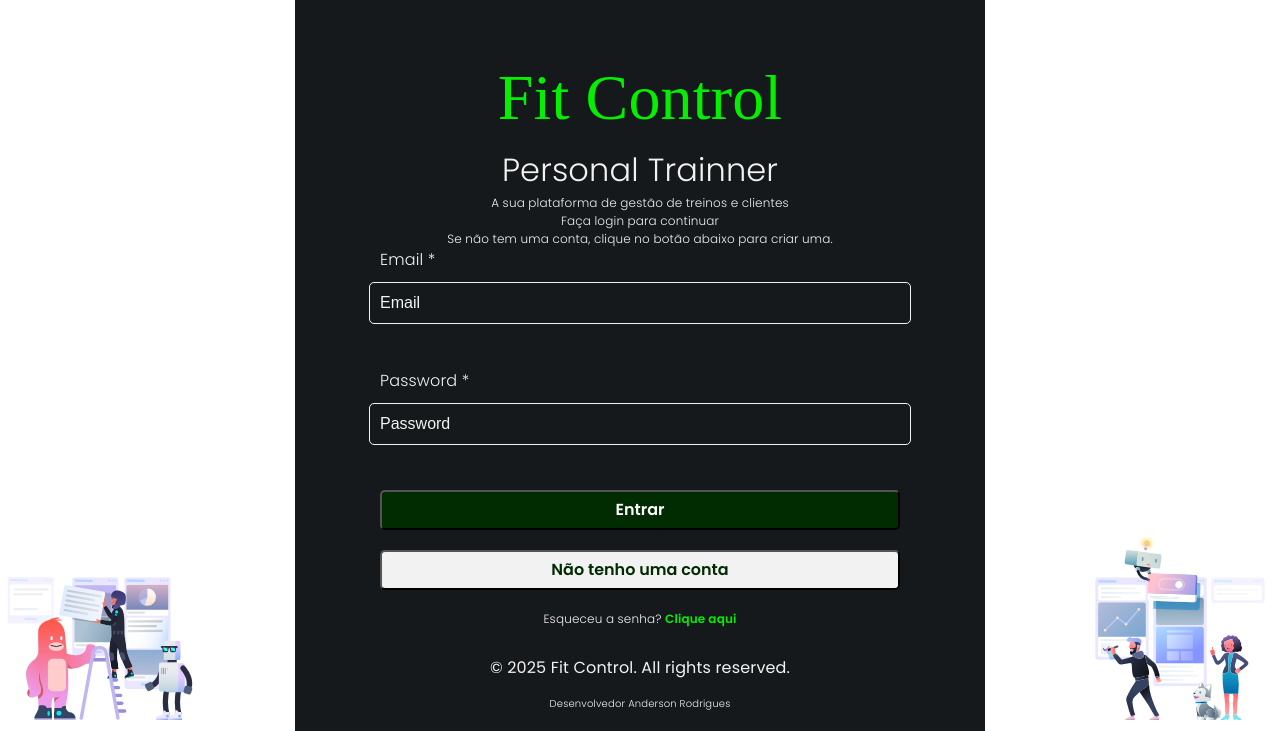
Repository: fit-control/frontend-fit-control
Page: /
An editor plug-in stored every save of this project. The page is shown before and after the next save, followed by the edit.
The browser window is 1280 px wide. The pictures show the whole page.
The page's requests for data from a server got no answer. Some web fonts or font styles are not loaded; a fallback is used. The project was rebuilt for these pictures with package versions that can differ from the ones it lists, and the page was loaded fresh each time. No one was signed in, and anything a server would have sent is missing. Also part of the build but not shown: next.config.js, vite.config.ts, src/api/api.ts, src/context/auth.tsx.

Above is the page before, as saved 2025-03-21 21:13:27.

### src/index.css
:root {
  width: 100vw;
  height: 100vh;
}

### src/App.tsx
import './App.css'
import Home from './pages/Home'

function App() {

  return (
    <>
      <Home/>
    </>
  )
}

export default App

### src/App.css
@import url('https://fonts.googleapis.com/css2?family=Alike+Angular&family=Platypi:ital,wght@0,300..800;1,300..800&family=Poppins:ital,wght@0,100;0,200;0,300;0,400;0,500;0,600;0,700;0,800;0,900;1,100;1,200;1,300;1,400;1,500;1,600;1,700;1,800;1,900&display=swap');
@import url('https://fonts.googleapis.com/css2?family=Aguafina+Script&family=Alike+Angular&family=Platypi:ital,wght@0,300..800;1,300..800&family=Poppins:ital,wght@0,100;0,200;0,300;0,400;0,500;0,600;0,700;0,800;0,900;1,100;1,200;1,300;1,400;1,500;1,600;1,700;1,800;1,900&display=swap');
/* @tailwind base;
@tailwind components;
@tailwind utilities; */

/* :root {
  --background: #ffffff;
  --foreground: #171717;
}

@media (prefers-color-scheme: light) {
  :root {
    --background: #0a0a0a;
    --foreground: #ededed;
  }
} */

body {
  padding: 0;
  margin: 0;
  font-family: Poppins, sans-serif;
  font-size: 16px;
  line-height: 1.5;
  font-weight: 400;
  letter-spacing: 0.01em;
  width: 100vw;
  height: 100vh;
  display: flex;
  justify-content: center;
  align-items: center;

  .iconPageLeft {
    position: absolute;
    left: 0;
    bottom: 0;
    max-width: 400px;
    max-height: 400px;

    @media (max-width: 1480px) {
      max-width: 300px;
      max-height: 300px;
    }
    @media (max-width: 1280px) {
      max-width: 200px;
      max-height: 200px;
    }
    @media (max-width: 930px) {
      display: none;
    }
  }
  .iconPageRight {
    position: absolute;
    right: 0;
    bottom: 0;
    max-width: 400px;
    max-height: 400px;

    @media (max-width: 1480px) {
      max-width: 300px;
      max-height: 300px;
    }

    @media (max-width: 1280px) {
      max-width: 200px;
      max-height: 200px;
    }
    @media (max-width: 930px) {
      display: none;
    }
  }

  .containerLogin {
    min-width: 650px;
    min-height: calc(100vh - 40px);
    display: flex;
    flex-direction: column;
    justify-content: space-between;
    padding: 20px;
    align-items: center;
    background-color: #16191B;

    @media (max-width: 1080px) {
      min-width: 550px;
    }
    @media (max-width: 980px) {
      min-width: 500px;
    }
    @media (max-width: 930px) {
      width: calc(100vw - 40px);
      overflow: hidden;
    }
    .divTitle {
      margin-top: 40px;
      display: flex;
      flex-direction: column;
      align-items: center;
      justify-content: center;

      h1 {
        margin: 0;
        color: #04F000;
        font-family: 'Aguafina Script', cursive;
        font-size: 4rem;
        font-weight: 400;
      }
      h3 {
        margin: 0;
        color: #F2F2F2;
        font-family: 'Poppins', sans-serif;
        font-size: 2rem;
        font-weight: 300;
      }
      p {
        color: #F2F2F2;
        font-size: 12px;
        font-weight: 300;
        margin: 0;
      }
    }
    p {
      color: #F2F2F2;
    }
    footer {
      display: flex;
      flex-direction: column;
      align-items: center;
      justify-content: center;

      .assignDeveloper {
        margin: 0%;
        color: #F2F2F2;
        font-size: 10px;
        font-weight: 300;
      }
    }

    .centerCard {
      display: flex;
      flex-direction: column;
      align-items: center;
      justify-content: center;
      gap: 10px;
      width: -webkit-fill-available;

      input {
        width: 80%;
        height: 40px;
        border: 1px solid #F2F2F2;
        border-radius: 5px;
        padding: 0 10px;
        background-color: #16191B;
        color: #F2F2F2;
        font-size: 16px;
        font-weight: 300;
        outline: none;
        margin-bottom: 35px;
        transition: all 0.3s ease;
        &::placeholder {
          color: #F2F2F2;
          font-size: 16px;
          font-weight: 300;
        }
        &:focus {
          border-color: #04F000;
        }
      }
      label {
        color: #F2F2F2;
        font-size: 16px;
        font-weight: 300;
        display: flex;
        justify-content: flex-start;
        width: 80%;
      }
      button {
        width: 80%;
        height: 40px;
        border-radius: 5px;
        padding: 0 10px;
        background-color: #012B00;
        color: #FFFFFF;
        font-family: 'Poppins', sans-serif;
        font-size: 16px;
        font-weight: 600;
        outline: none;
        transition: all 0.3s ease;
      }
      button:hover {
        background-color: #F2F2F2;
        color: #16191B;
        cursor: pointer;
      }
      button:active {
        background-color: #04F000;
        color: #16191B;
        cursor: pointer;
        opacity: 0.5;
      }
      button:disabled {
        background-color: #F2F2F2;
        color: #16191B;
        cursor: not-allowed;
        opacity: 0.5;
      }
      button:focus {
        outline: none;
      }
      button:focus-visible {
        outline: 1px solid #F2F2F2;
      }
      .registerButton {
        background-color: #F2F2F2;
        color: #012B00;
        font-family: 'Poppins', sans-serif;
        font-size: 16px;
        font-weight: 600;
        outline: none;
        transition: all 0.3s ease;
        margin-top: 10px;

      }
      .registerButton:hover {
        background-color: #012B00;
        text-decoration: underline;
        color: #F2F2F2;
        cursor: pointer;
        transition: all 0.4s ease-in-out;
      }
      .registerLink {
        color: #04F000;
        font-weight: 600;
      }
      .forgotPassword {
        margin-top: 10px;
        font-size: 12px;
        font-weight: 300;
      }
      .registerLink {
        color: #04F000;
        font-weight: 600;
        text-decoration: none;
      }
      .registerLink:hover {
        text-decoration: underline;
      }
    }
  }
}

### src/pages/Home.tsx
import ContainerCenterLogin from "../components/containerCenterLogin";

export default function Home() {
  return (
    <body className="items-center justify-items-center min-h-screen flex fundo_login">
      <ContainerCenterLogin />
    </body>
  );
}

### src/components/containerCenterLogin.tsx
"use client";
import { useAuth } from "../context/auth";
import { useState } from "react";

const ContainerCenterLogin = () => {
  const { login, loading } = useAuth();
  const [email, setEmail] = useState('');
  const [password, setPassword] = useState('');

  const handleLogin = async () => {
    console.log("CLICOU"); // Certifique-se de que o botão foi clicado
    try {
      console.log("BUSCANDO...");
      console.log("Email:", email, "Password:", password); // Log dos dados enviados
      const data = await login(email, password); // Chamada do login
      console.log("Data retornada do login:", data); // Log dos dados retornados
    } catch (error) {
      console.error("Erro ao fazer login:", error); // Captura do erro
    }
  };

  return (
    <div><img src="/trello-right.e6e102c7 (1).svg" alt="iconPageLeft" className="iconPageLeft" />
        <main className="containerLogin">
        <div className="divTitle">
          <h1 className="title">Fit Control</h1>
          <h3 className="subtitle">Personal Trainner</h3>
          <p className="description">A sua plataforma de gestão de treinos e clientes</p>
          <p className="description">Faça login para continuar</p>
          <p className="description">Se não tem uma conta, clique no botão abaixo para criar uma.</p>

        </div>
        <div className="centerCard">
          <label htmlFor="email">Email *</label>
          <input
            type="text"
            placeholder="Email"
            value={email}
            onChange={(e) => setEmail(e.target.value)}
          />
          <label htmlFor="password">Password *</label>
          <input
            type="password"
            placeholder="Password"
            value={password}
            onChange={(e) => setPassword(e.target.value)}
          />
          <button onClick={handleLogin} disabled={loading}>
            {loading ? 'Carregando...' : 'Entrar'}
          </button>
          <button className="registerButton">Não tenho uma conta</button>
          <p className="forgotPassword">Esqueceu a senha? <a href="/register" className="registerLink">Clique aqui</a></p>
        </div>
        <footer className="">
          <p className="">
            &copy; {new Date().getFullYear()} Fit Control. All rights reserved.
          </p>
          <p className="assignDeveloper">Desenvolvedor Anderson Rodrigues</p>
        </footer>
      </main>
      <img src="/trello-left.4f52d13c (1).svg" alt="iconPageRight" className="iconPageRight" />
    </div>
  );
};

export default ContainerCenterLogin;

Loaded but not shown: index.html (common file); src/main.tsx (common file); tailwind.config.js (common file)

After the next save:
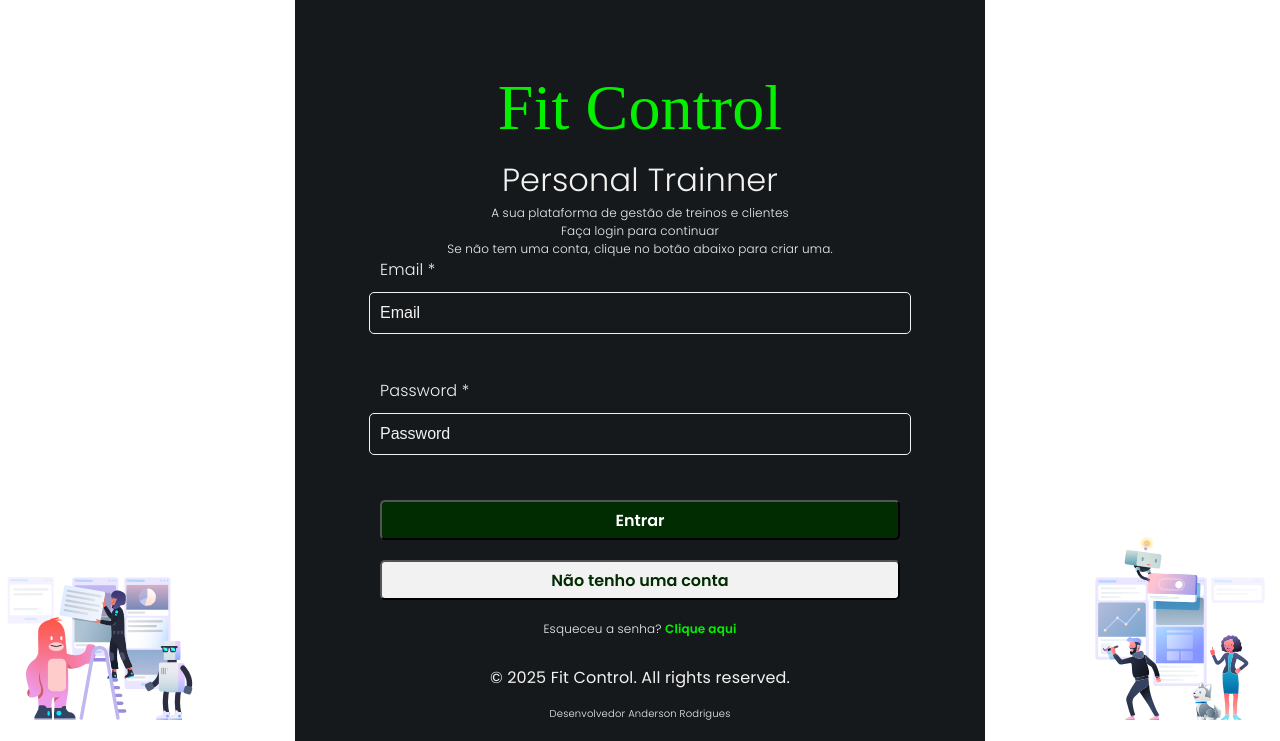
Saved 26 s later.
--- a/src/App.css
+++ b/src/App.css
@@ -24,8 +24,6 @@ body {
   line-height: 1.5;
   font-weight: 400;
   letter-spacing: 0.01em;
-  width: 100vw;
-  height: 100vh;
   display: flex;
   justify-content: center;
   align-items: center;
